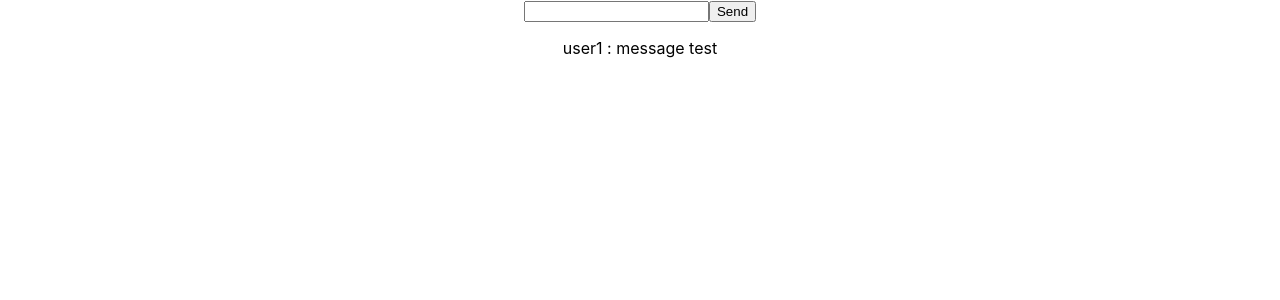
Repository: Ellisvelandia/react-express-sockets
Page: / (app in client/)
An editor plug-in stored every save of this project. The page is shown before and after a run of saves, followed by the edit.
The browser window is 1280 px wide. The pictures show the whole page.
The page's requests for data from a server got no answer. The project was rebuilt for these pictures with package versions that can differ from the ones it lists, and the page was loaded fresh each time. No one was signed in, and anything a server would have sent is missing.

Above is the page before, as saved 2022-09-12 17:19:34.

### client/src/App.js
import "./App.css";
import io from "socket.io-client";
import { useState, useEffect } from "react";

const socket = io("http://localhost:3000");

function App() {
  const [message, setMessage] = useState("");
  const [messages, setMessages] = useState([
    {
      body: "message test",
      from: "user1",
    },
  ]);

  const handleSubmit = (e) => {
    e.preventDefault();
    socket.emit("message", message);
    setMessage("");
  };

  useEffect(() => {
    const receiveMessage = (message) => {
      setMessages([...messages, message]);
    };
    socket.on("message", receiveMessage);

    return () => {
      socket.off("message", receiveMessage);
    };
  }, []);

  return (
    <div className="App">
      <form onSubmit={handleSubmit}>
        <input
          type="text"
          onChange={(e) => setMessage(e.target.value)}
          value={message}
        />
        <button>Send</button>
      </form>
      {messages.map((message, index) => (
        <div key={index}>
          <p>
            {message.from} : {message.body}
          </p>
        </div>
      ))}
    </div>
  );
}

export default App;

Loaded but not shown: client/public/index.html (common file); client/src/index.js (common file); client/src/index.css (common file); client/src/App.css (common file)

After the next 2 saves:
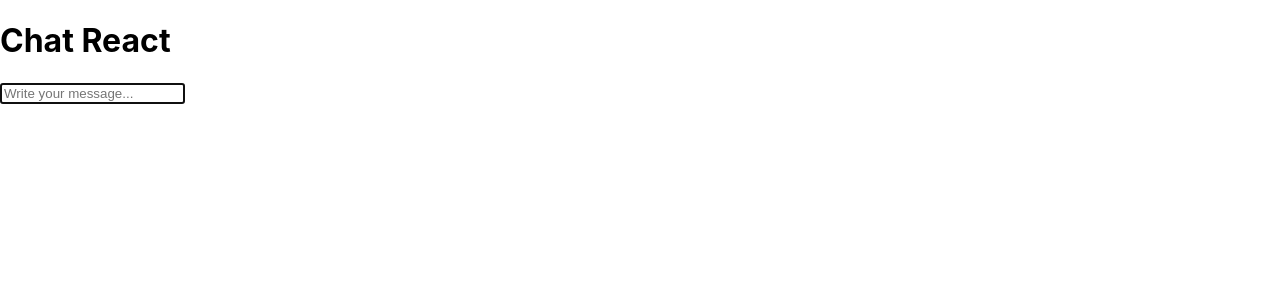
The 2 saves are shown as one change because they came seconds apart.
The last was saved 48 s later.
--- a/client/src/App.js
+++ b/client/src/App.js
@@ -1,54 +1,63 @@
-import "./App.css";
+import { useEffect, useState } from "react";
 import io from "socket.io-client";
-import { useState, useEffect } from "react";
 
-const socket = io("http://localhost:3000");
+// const socket = io("http://localhost:3001");
+const socket = io("/");
 
-function App() {
+export default function App() {
+  const [messages, setMessages] = useState([]);
   const [message, setMessage] = useState("");
-  const [messages, setMessages] = useState([
-    {
-      body: "message test",
-      from: "user1",
-    },
-  ]);
-
-  const handleSubmit = (e) => {
-    e.preventDefault();
-    socket.emit("message", message);
-    setMessage("");
-  };
 
   useEffect(() => {
     const receiveMessage = (message) => {
-      setMessages([...messages, message]);
+      setMessages([message, ...messages]);
     };
+
     socket.on("message", receiveMessage);
 
     return () => {
       socket.off("message", receiveMessage);
     };
-  }, []);
+  }, [messages]);
+
+  const handleSubmit = (event) => {
+    event.preventDefault();
+    const newMessage = {
+      body: message,
+      from: "Me",
+    };
+    setMessages([newMessage, ...messages]);
+    setMessage("");
+    socket.emit("message", newMessage.body);
+  };
 
   return (
-    <div className="App">
-      <form onSubmit={handleSubmit}>
+    <div className="h-screen bg-zinc-800 text-white flex items-center justify-center">
+      <form onSubmit={handleSubmit} className="bg-zinc-900 p-10">
+        <h1 className="text-2xl font-bold my-2">Chat React</h1>
         <input
+          name="message"
           type="text"
+          placeholder="Write your message..."
           onChange={(e) => setMessage(e.target.value)}
+          className="border-2 border-zinc-500 p-2 w-full text-black"
           value={message}
+          autoFocus
         />
-        <button>Send</button>
+
+        <ul className="h-80 overflow-y-auto">
+          {messages.map((message, index) => (
+            <li
+              key={index}
+              className={`my-2 p-2 table text-sm rounded-md ${
+                message.from === "Me" ? "bg-sky-700 ml-auto" : "bg-black"
+              }`}
+            >
+              <b>{message.from}</b>:{message.body}
+            </li>
+          ))}
+        </ul>
       </form>
-      {messages.map((message, index) => (
-        <div key={index}>
-          <p>
-            {message.from} : {message.body}
-          </p>
-        </div>
-      ))}
     </div>
   );
 }
-
-export default App;
